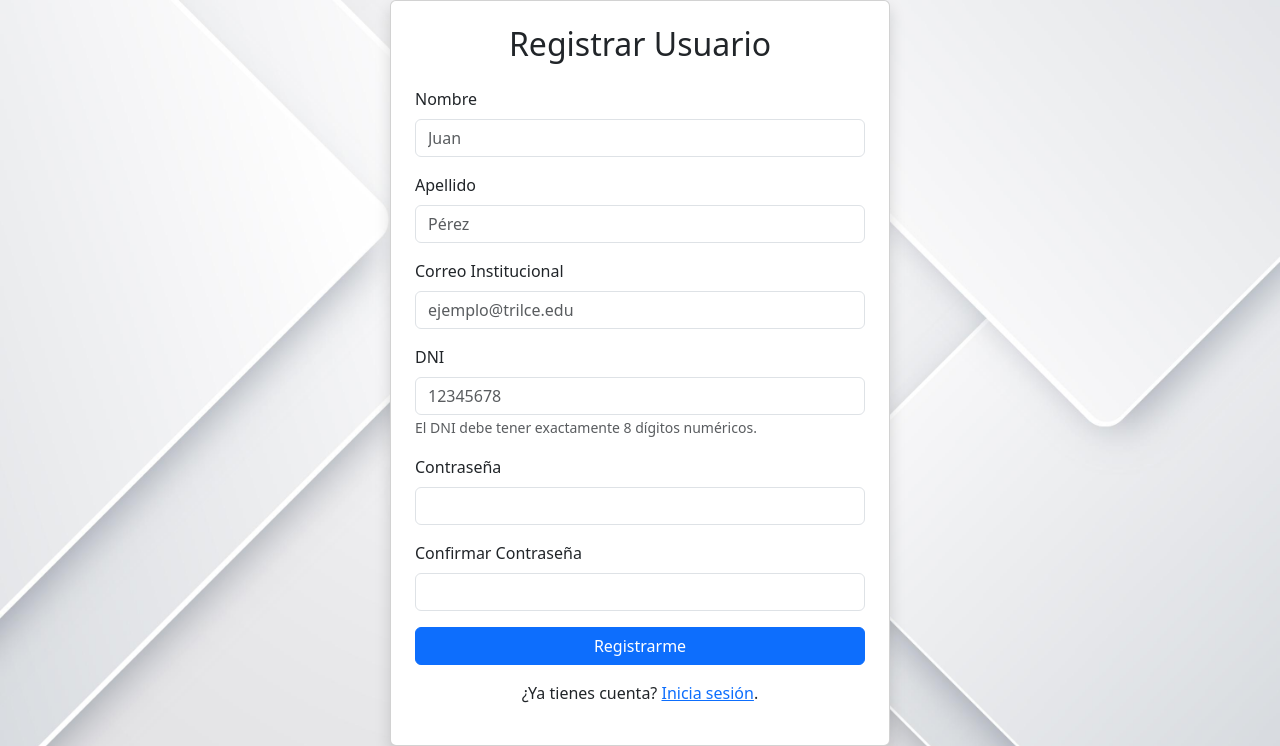
Repository: maycky02/Bibloteca_integrador
Page: http://localhost/registrarme
An editor plug-in stored every save of this project. The page is shown before and after the next save, followed by the edit.
The browser window is 1280 px wide. The pictures show the whole page.
Backgrounds fixed to the window are drawn as part of the page. The page is this project's Thymeleaf template; nobody is signed in. The template is opened directly, without the code that normally fills it, so the values that code supplies are empty.

Above is the page before, as saved 2024-12-03 22:12:19.

### Bibloteca/src/main/resources/templates/registrarme.html
<!DOCTYPE html>
<html lang="es">
<head>
    <meta charset="UTF-8">
    <meta name="viewport" content="width=device-width, initial-scale=1.0">
    <title>Registrar Usuario</title>
    <link href="https://cdn.jsdelivr.net/npm/bootstrap@5.3.0/dist/css/bootstrap.min.css" rel="stylesheet">
    <style>
        body {
            display: flex;
            justify-content: center;
            align-items: center;
            min-height: 20vh;
            margin: 0;
            background: url('/img/f_3.jpg') no-repeat center center fixed;
            background-size: cover; /* Ajusta la imagen al tamaño de la pantalla */
        }
    </style>
</head>
<body>
    <div class="card p-4 shadow" style="width: 500px;">
        <h2 class="text-center mb-4">Registrar Usuario</h2>
        <!-- Mostrar mensaje de éxito o error -->
        <div th:if="${mensaje}" class="alert alert-success" role="alert">
            <p th:text="${mensaje}"></p>
        </div>
        <div th:if="${error}" class="alert alert-danger" role="alert">
            <p th:text="${error}"></p>
        </div>
        <form action="/registrarme" method="post">
            <!-- Campo para el nombre -->
            <div class="mb-3">
                <label for="nombre" class="form-label">Nombre</label>
                <input type="text" class="form-control" id="nombre" name="nombre" placeholder="Juan" required>
            </div>
            <!-- Campo para el apellido -->
            <div class="mb-3">
                <label for="apellido" class="form-label">Apellido</label>
                <input type="text" class="form-control" id="apellido" name="apellido" placeholder="Pérez" required>
            </div>
            <!-- Campo para el correo -->
            <div class="mb-3">
                <label for="correo" class="form-label">Correo Institucional</label>
                <input type="email" class="form-control" id="correo" name="correo" placeholder="ejemplo@trilce.edu" required>
            </div>
            <!-- Campo para el DNI (validado para 8 dígitos numéricos) -->
            <div class="mb-3">
                <label for="dni" class="form-label">DNI</label>
                <input type="text" class="form-control" id="dni" name="dni" pattern="^\d{8}$" maxlength="8" placeholder="12345678" required>
                <small class="form-text text-muted">El DNI debe tener exactamente 8 dígitos numéricos.</small>
            </div>
            <!-- Campo para la contraseña -->
            <div class="mb-3">
                <label for="contraseña" class="form-label">Contraseña</label>
                <input type="password" class="form-control" id="contraseña" name="contraseña" required>
            </div>
            <!-- Campo para confirmar la contraseña -->
            <div class="mb-3">
                <label for="confirmarContraseña" class="form-label">Confirmar Contraseña</label>
                <input type="password" class="form-control" id="confirmarContraseña" name="confirmarContraseña" required>
            </div>
            <!-- Botón de registro -->
            <button type="submit" class="btn btn-primary w-100">Registrarme</button>
            <p class="mt-3 text-center">
                ¿Ya tienes cuenta? <a href="/login">Inicia sesión</a>.
            </p>
        </form>
    </div>
</body>
</html>

After the next save:
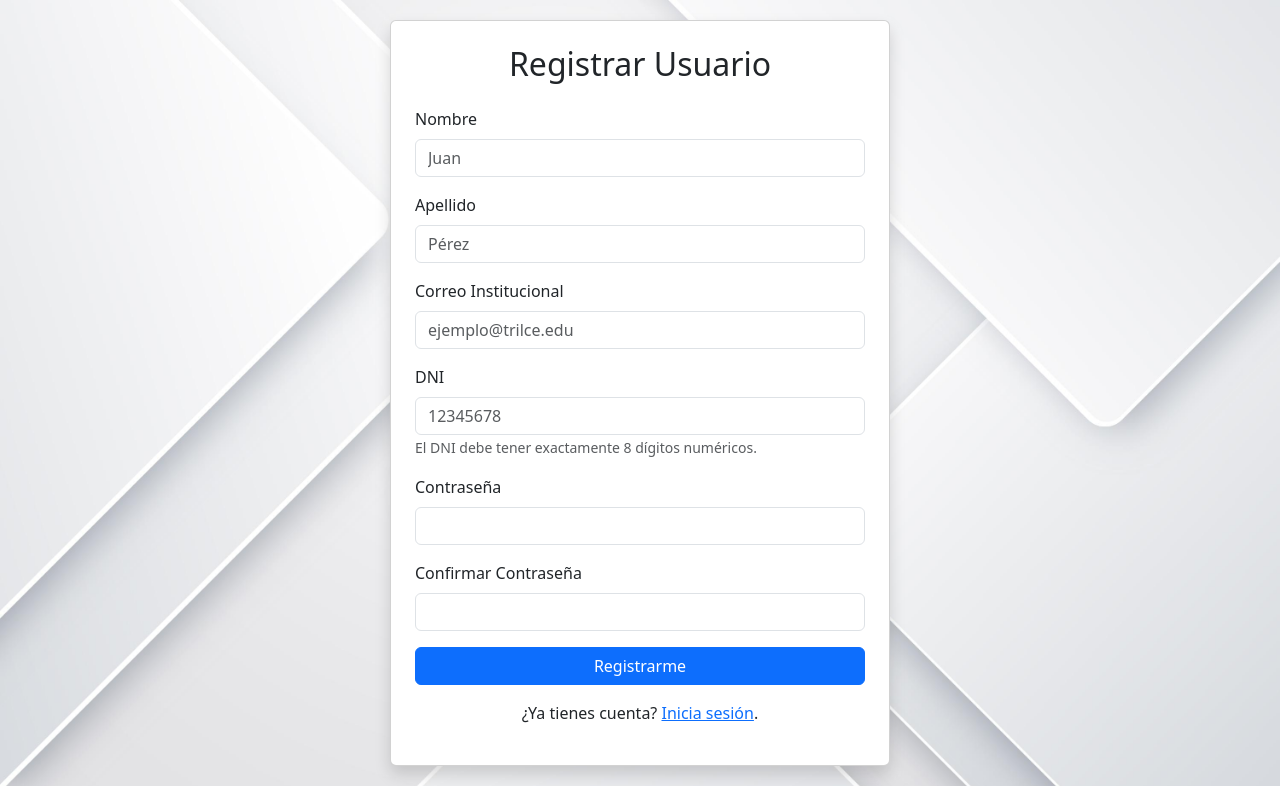
Saved 6 min 17 s later.
--- a/Bibloteca/src/main/resources/templates/registrarme.html
+++ b/Bibloteca/src/main/resources/templates/registrarme.html
@@ -10,10 +10,13 @@
             display: flex;
             justify-content: center;
             align-items: center;
-            min-height: 20vh;
+            min-height: 100vh; /* Asegura que ocupa toda la altura */
             margin: 0;
             background: url('/img/f_3.jpg') no-repeat center center fixed;
             background-size: cover; /* Ajusta la imagen al tamaño de la pantalla */
+        }
+        .card {
+            margin: 20px 0; /* Espacio arriba y abajo */
         }
     </style>
 </head>
